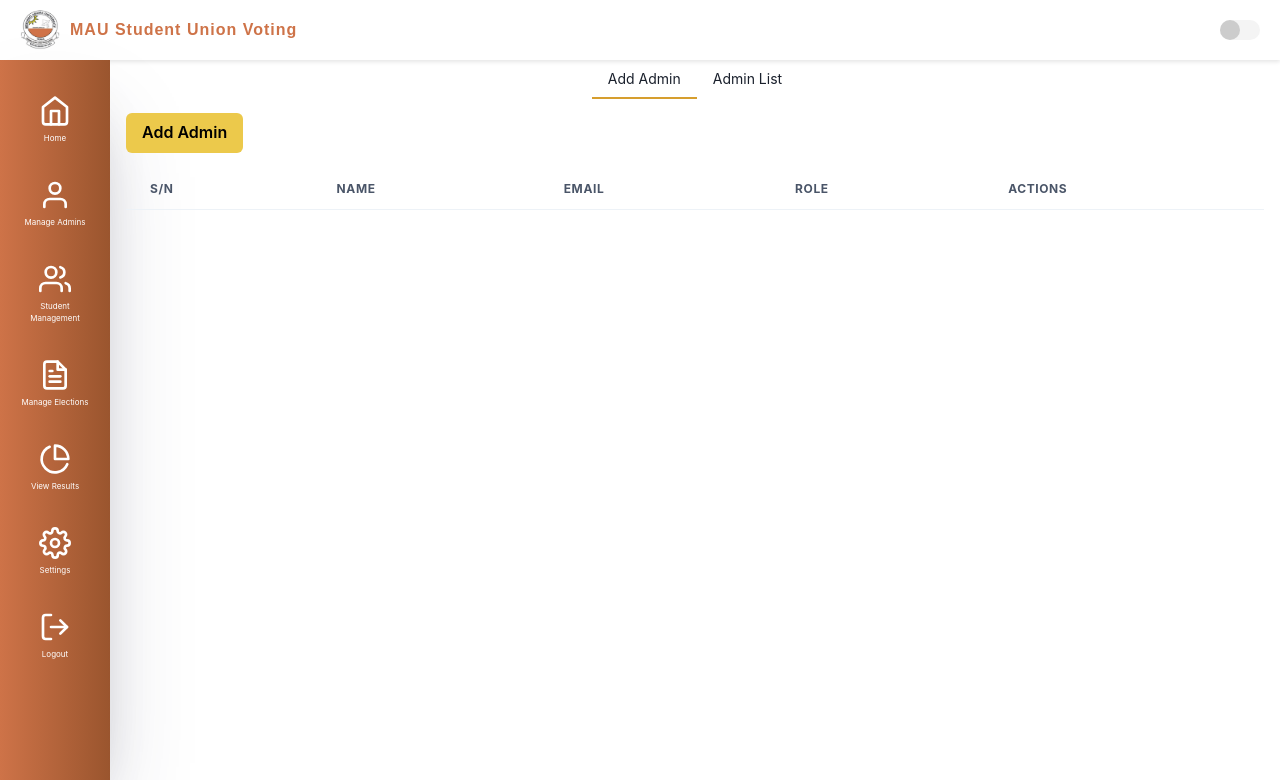
Repository: joena1o/e-vote
Page: /admin-dashboard/manage-admin
The author's editor kept a copy of each file at every save. The page is drawn from the files as they stood at one save, then again after the next save.
The browser window is 1280 px wide. The pictures show the whole page.
The project was rebuilt for these pictures with package versions that can differ from the ones it lists, and the page was loaded fresh each time. Also part of the build but not shown: src/components/EnhancedLogin.js, src/components/maincontent/RegisterStudents/ManageStudents.js, src/components/maincontent/RegisterStudents/RegisterStudents.js, src/components/maincontent/RegisterStudents/StudentManagement.js, src/components/maincontent/ElectionResults/ViewResults.js, src/components/maincontent/ElectionResults/report.js, src/components/maincontent/ElectionResults/ViewElectionResults.js, src/components/maincontent/Settings/Settings.js and 17 more.

Above is the page before, as saved 2023-10-29 10:54:22.

After the next save:
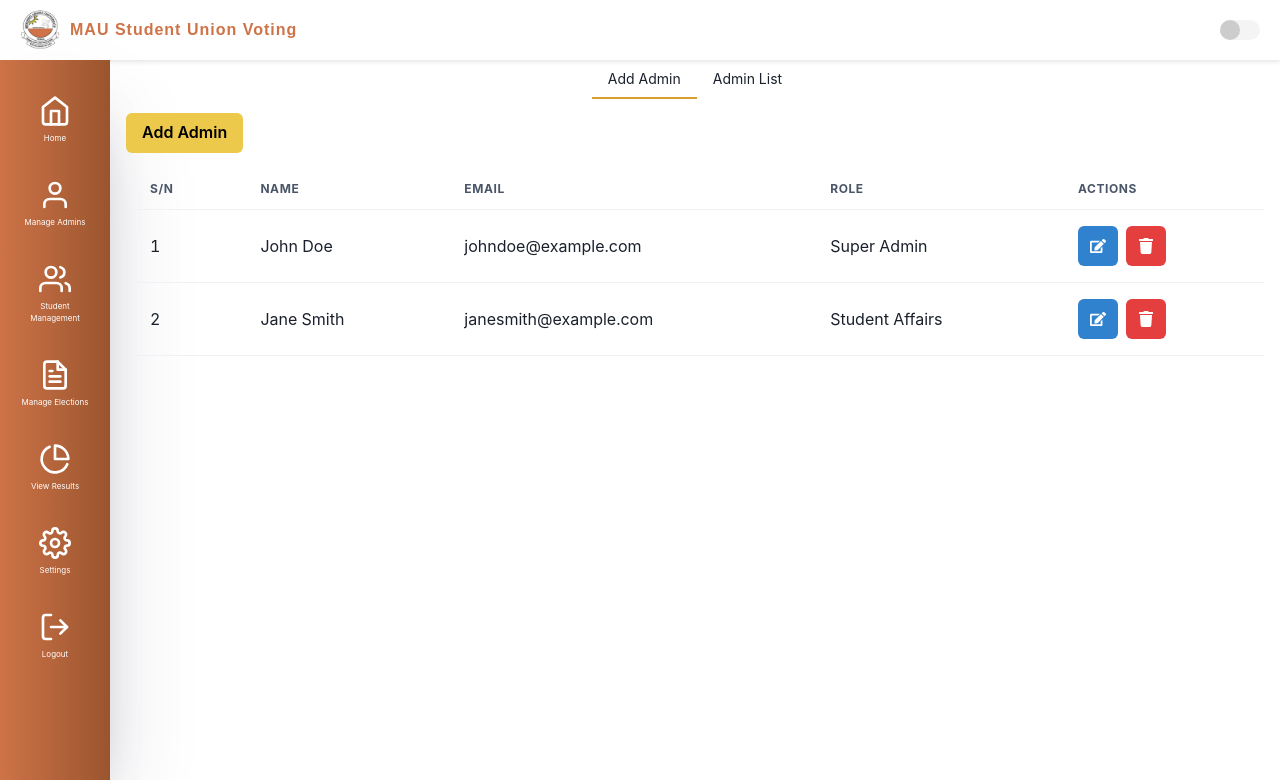
Saved 6 min 38 s later.
--- a/src/components/maincontent/ManageAdmins/AddAdmin.js
+++ b/src/components/maincontent/ManageAdmins/AddAdmin.js
@@ -24,9 +24,9 @@ import {
   Th,
   Td,
   Container,
-  IconButton, // Import IconButton
+  IconButton,
 } from '@chakra-ui/react';
-import { FaEdit, FaTrash } from 'react-icons/fa'; // Import edit and trash icons
+import { FaEdit, FaTrash } from 'react-icons/fa';
 
 const AddAdmin = () => {
   const colorModeValue = useColorModeValue('gray.200', 'gray.600');
@@ -40,7 +40,20 @@ const AddAdmin = () => {
   };
 
   const [adminData, setAdminData] = useState(initialAdminData);
-  const [admins, setAdmins] = useState([]);
+
+  // Mock data for admins
+  const [admins, setAdmins] = useState([
+    {
+      name: 'John Doe',
+      email: 'johndoe@example.com',
+      role: 'Super Admin',
+    },
+    {
+      name: 'Jane Smith',
+      email: 'janesmith@example.com',
+      role: 'Student Affairs',
+    },
+  ]);
 
   const handleInputChange = (e) => {
     const { name, value } = e.target;
@@ -161,7 +174,7 @@ const AddAdmin = () => {
             <Th>Name</Th>
             <Th>Email</Th>
             <Th>Role</Th>
-            <Th>Actions</Th> {/* Added Actions column */}
+            <Th>Actions</Th>
           </Tr>
         </Thead>
         <Tbody>
